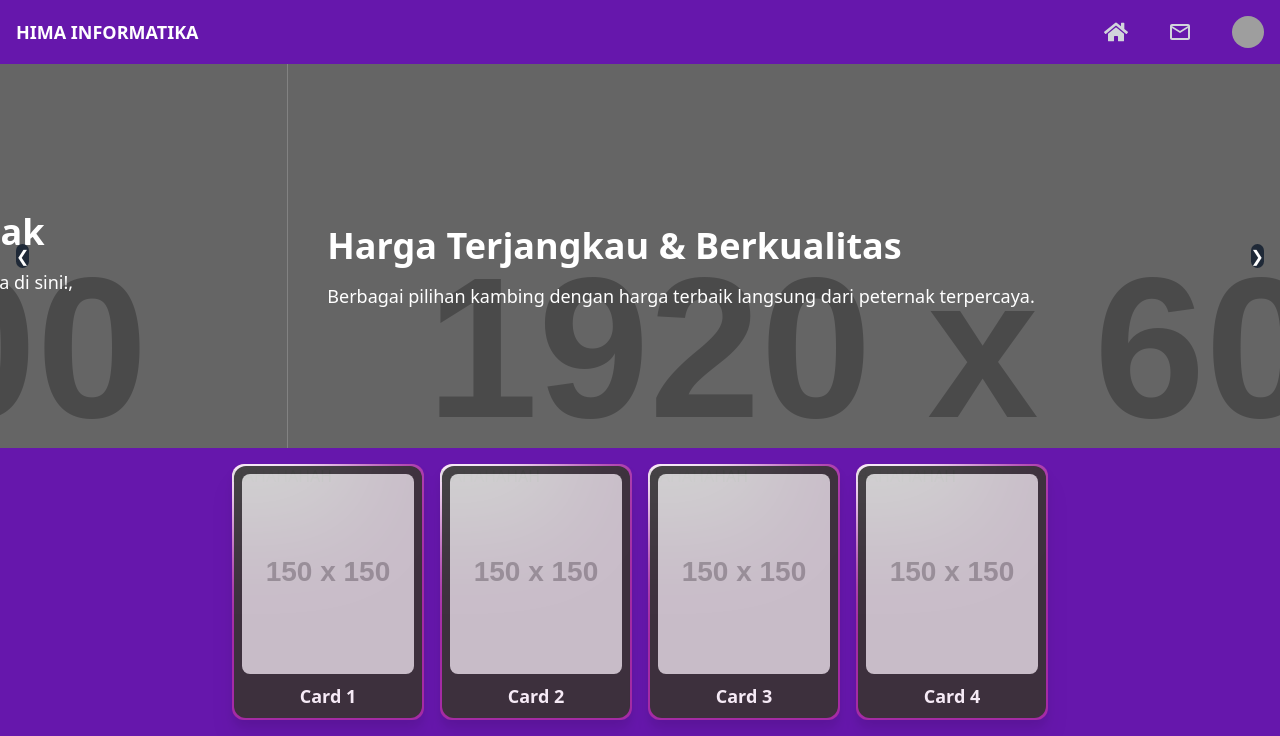
Repository: MUHAMADTEGARWIJAYA/himaif
Page: /
These files come from the project's save history. The page is drawn as it stood at one moment and after the next save; the edit follows.
The browser window is 1280 px wide. The pictures show the whole page.
Pictures or frames that could not be fetched are drawn as grey boxes. The project was rebuilt for these pictures with package versions that can differ from the ones it lists, and the page was loaded fresh each time. Also part of the build but not shown: vite.config.js.

Above is the page before, as saved 2024-12-21 12:59:01.

### src/main.jsx
import React from 'react'
import ReactDOM from "react-dom/client"
import './index.css'
import App from './App.jsx'
import { BrowserRouter } from 'react-router-dom'

ReactDOM.createRoot(document.getElementById('root')).render(
  <React.StrictMode>
    <BrowserRouter>
    <App />
    </BrowserRouter>
  </React.StrictMode>
);

### src/index.css
@tailwind base;
@tailwind components;
@tailwind utilities;

body{
    background-color: #8349d4;
}

### src/App.jsx
import { Routes, Route } from "react-router-dom";
import Slider from "./pages/Content";
import LandingPage from "./layout/LandingPageLay";
import Card from "./pages/Members";

export default function App() {
  return (
    <Routes>
      <Route element={<LandingPage />}>
         <Route path="/" element={<Slider   />}/>
         <Route path="/" element={<Card   />}/>
      </Route>
    </Routes>
  );
}

### src/pages/Content.jsx
import { useState, useEffect } from "react";

const Slider = () => {
  const slides = [
    {
      id: 1,
      image: "https://via.placeholder.com/1920x600", // Ganti dengan URL gambar
      title: "Mudah & Transparan! Kambing Langsung dari Peternak",
      description:
        "Akses langsung ke peternak, harga transparan, dan kualitas terjamin. Pilih kambing untuk kebutuhan Anda hanya di sini!, jdsudvudvbduvbdvbdiobvbvsudvds",
    },
    {
      id: 2,
      image: "https://via.placeholder.com/1920x600", // Ganti dengan URL gambar
      title: "Harga Terjangkau & Berkualitas",
      description:
        "Berbagai pilihan kambing dengan harga terbaik langsung dari peternak terpercaya.",
    },
    {
      id: 3,
      image: "https://via.placeholder.com/1920x600", // Ganti dengan URL gambar
      title: "Pesan Sekarang, Nikmati Kemudahan",
      description:
        "Proses cepat, aman, dan terintegrasi untuk kebutuhan kambing Anda.",
    },
  ];

  const [currentIndex, setCurrentIndex] = useState(0);

  useEffect(() => {
    const interval = setInterval(() => {
      setCurrentIndex((prevIndex) =>
        prevIndex === slides.length - 1 ? 0 : prevIndex + 1
      );
    }, 5000); // Ganti dengan waktu delay (ms)
    return () => clearInterval(interval);
  }, [slides.length]);

  const prevSlide = () => {
    setCurrentIndex(currentIndex === 0 ? slides.length - 1 : currentIndex - 1);
  };

  const nextSlide = () => {
    setCurrentIndex((currentIndex + 1) % slides.length);
  };

  return (
    <div className="relative w-full h-96 overflow-hidden">
      <div
        className="flex transition-transform duration-1000"
        style={{ transform: `translateX(-${currentIndex * 100}%)` }}
      >
        {slides.map((slide) => (
          <div
            key={slide.id}
            className="w-full h-[600px] flex-shrink-0 relative"
            style={{
              backgroundImage: `url(${slide.image})`,
              backgroundSize: "cover",
              backgroundPosition: "center",
            }}
          >
            <div className="absolute inset-0 bg-black bg-opacity-50 flex flex-col justify-center mb-48 items-start p-10 text-white">
              <h1 className="text-4xl font-bold mb-4">{slide.title}</h1>
              <p className="text-lg">{slide.description}</p>
            </div>
          </div>
        ))}
      </div>
      <button
        onClick={prevSlide}
        className="absolute top-1/2 left-4 -translate-y-1/2 bg-gray-800 text-white rounded-full"
      >
        &#10094;
      </button>
      <button
        onClick={nextSlide}
        className="absolute top-1/2 right-4 -translate-y-1/2 bg-gray-800 text-white rounded-full"
      >
        &#10095;
      </button>
    </div>
  );
};

export default Slider;

### src/layout/LandingPageLay.jsx
import Navbar from '../pages/Navbar';

import App from "../pages/Members";
import Slider from "../pages/Content";

const LandigPage = () => {
    return (
        <div className='bg-[#6617ac]'>
            <Navbar />
             <Slider />
             <App />
         </div>
    );
};

export default LandigPage;

### src/pages/Members.jsx
import PropTypes from "prop-types";

const Card = ({ title, image }) => {
  return (

    <div className="relative drop-shadow-xl w-48 h-64 overflow-hidden rounded-xl bg-[#a52ba5] transform transition-transform hover:scale-105 hover:rotate-2">
        <div><h1>HAHAHAHAH</h1></div>
      <div className="absolute inset-0.5 flex flex-col items-center justify-between text-white z-[1] opacity-90 rounded-xl bg-[#323132] p-2">
        <img
          src={image}
          alt={title}
          className="w-full h-52 object-cover rounded-lg"
        />
        <h3 className="text-lg font-semibold mt-2">{title}</h3>
      </div>
      <div className="absolute w-56 h-48 bg-white blur-[50px] -left-1/2 -top-1/2"></div>
    </div>
  );
};

Card.propTypes = {
  title: PropTypes.string.isRequired,
  image: PropTypes.string.isRequired,
};

const App = () => {
  const cards = [
    {
      title: "Card 1",
      image: "https://via.placeholder.com/150",
    },
    {
      title: "Card 2",
      image: "https://via.placeholder.com/150",
    },
    {
      title: "Card 3",
      image: "https://via.placeholder.com/150",
    },
    {
      title: "Card 4",
      image: "https://via.placeholder.com/150",
    },
  ];

  return (
    <div className="flex flex-wrap justify-center gap-4 p-4">
      {cards.map((card, index) => (
        <Card key={index} title={card.title} image={card.image} />
      ))}
    </div>
  );
};

export default App;

### src/pages/Navbar.jsx
import  { useState, useEffect } from "react";
import { FaHome } from "react-icons/fa";
import { MdOutlineEmail } from "react-icons/md";

const Navbar = () => {
  const [isVisible, setIsVisible] = useState(true);

  useEffect(() => {
    const handleScroll = () => {
      // Check scroll position
      if (window.scrollY > 50) {
        setIsVisible(false); // Hide when scrolled down
      } else {
        setIsVisible(true); // Show when at top
      }
    };

    window.addEventListener("scroll", handleScroll);

    // Cleanup event listener on unmount
    return () => {
      window.removeEventListener("scroll", handleScroll);
    };
  }, []);

  return (
    <div className="relative">
      <div
        className={`flex items-center p-4 bg-transparent justify-between space-x-5 text-white transition-transform duration-300 ${
          isVisible ? "translate-y-0" : "-translate-y-full"
        }`}
      >
        {/* Bagian Kiri */}
        <div className="flex items-center">
          <span className="text-lg font-bold">HIMA INFORMATIKA</span>
        </div>

        {/* Bagian Kanan */}
        <div className="flex items-center relative space-x-10">
          <button className="text-gray-300 hover:text-white">
            <FaHome className="w-6 h-6" />
          </button>
          <button className="text-gray-300 hover:text-white">
            <MdOutlineEmail className="w-6 h-6" />
          </button>
          {/* Avatar */}
          <div className="flex items-center">
            <img
              src="image.jpg" // Gunakan default jika avatar kosong
              alt="User Avatar"
              className="w-8 h-8 rounded-full"
            />
          </div>
        </div>
      </div>
    </div>
  );
};

export default Navbar;

Loaded but not shown: index.html (common file); tailwind.config.js (common file)

After the next save:
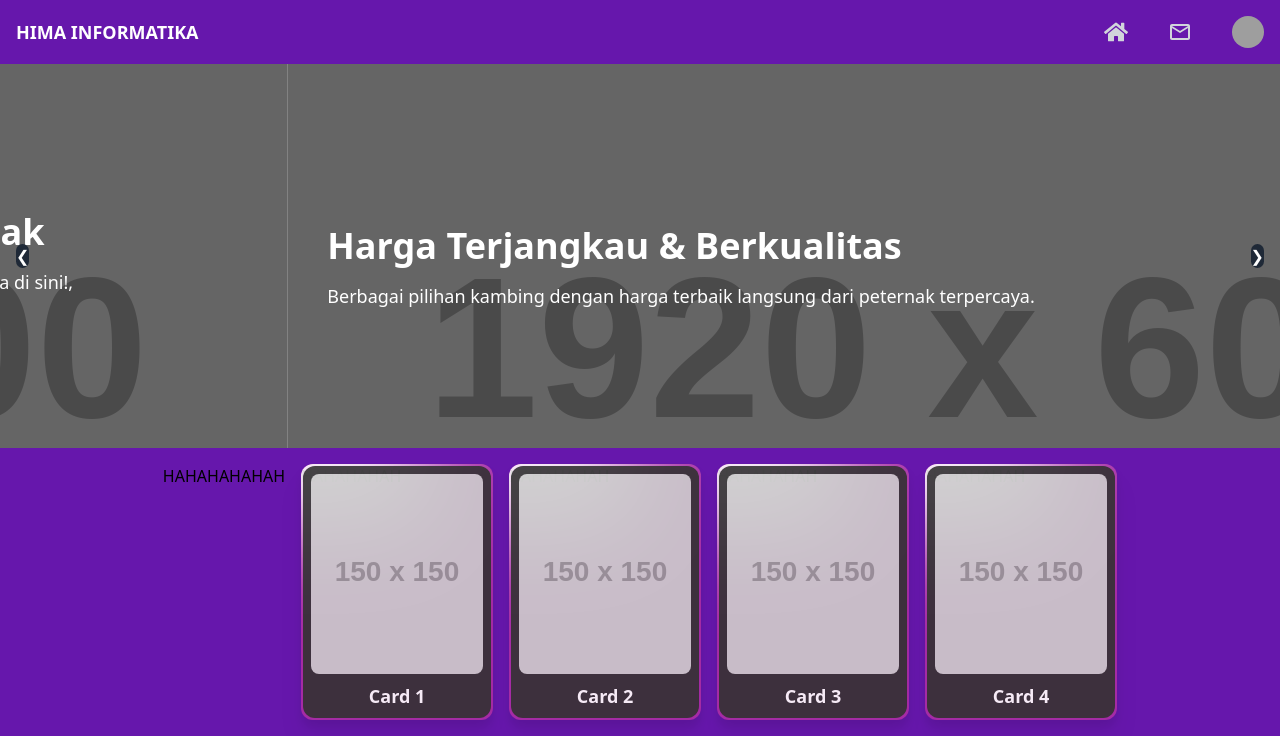
Saved 45 s later.
--- a/src/pages/Members.jsx
+++ b/src/pages/Members.jsx
@@ -44,7 +44,9 @@ const App = () => {
   ];
 
   return (
+
     <div className="flex flex-wrap justify-center gap-4 p-4">
+        <div><h1>HAHAHAHAHAH</h1></div>
       {cards.map((card, index) => (
         <Card key={index} title={card.title} image={card.image} />
       ))}
